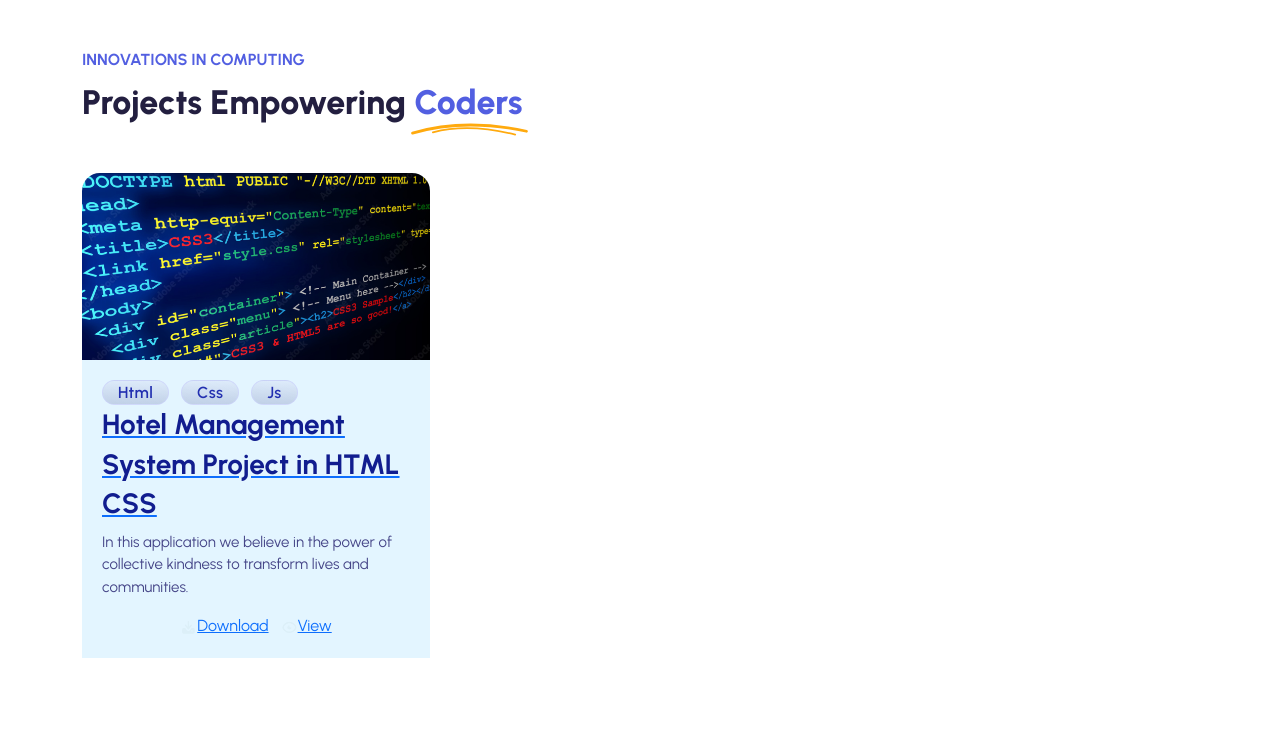
Repository: sharma171/jtccreativeideas
Page: /newsection (app in nextjssite/)
These files come from the project's save history. The page is drawn as it stood at one moment and after a run of saves; the edit follows.
The browser window is 1280 px wide. The pictures show the whole page.
The project was rebuilt for these pictures with package versions that can differ from the ones it lists, and the page was loaded fresh each time. The framework's server and built-in components were replaced by stand-ins that run in the browser. Also part of the build but not shown: nextjssite/next.config.mjs.

Above is the page before, as saved 2024-03-28 14:14:41.

After the next 2 saves:
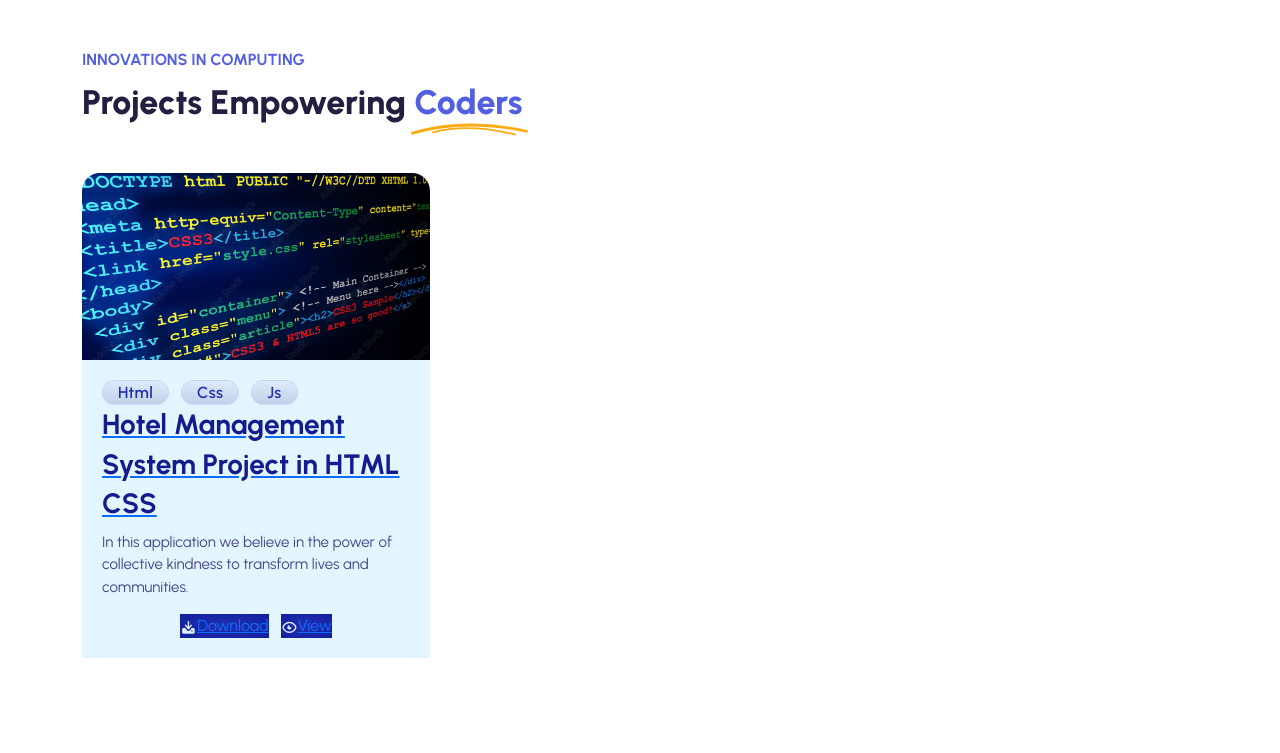
The 2 saves are shown as one change because they came seconds apart.
The last was saved 98 s later.
--- a/nextjssite/src/app/newsection/page.css
+++ b/nextjssite/src/app/newsection/page.css
@@ -100,3 +100,6 @@ section.projects {
     justify-content: center;
     gap: 12px;
 }
+.project-cards li .card-inner .info .card-button .bot-button {
+    background:radial-gradient(#222FB0, #121F9F);
+}
